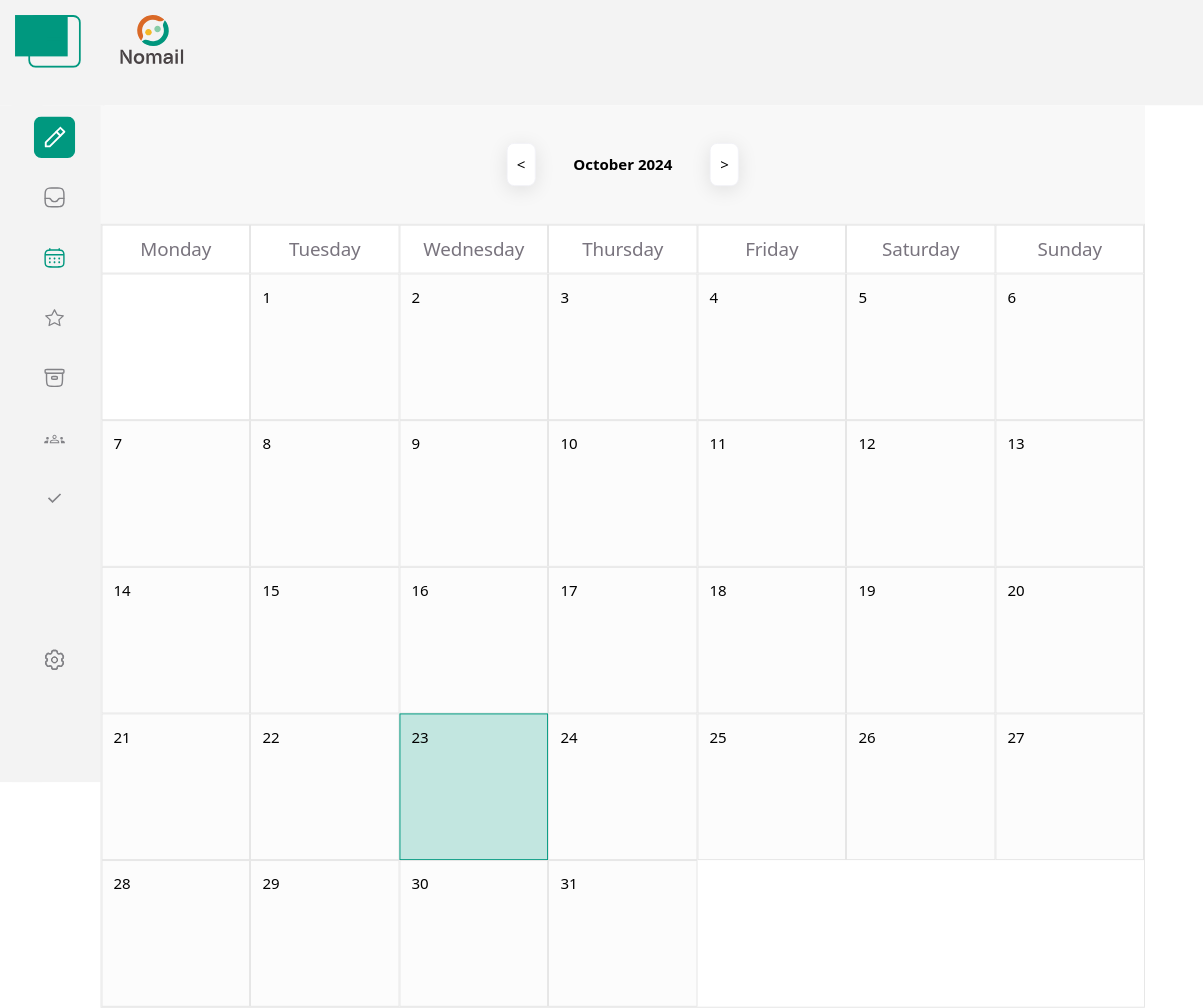
Repository: Tofigkh1/Nomail-App
Page: /calendar
An editor plug-in stored every save of this project. The page is shown before and after a run of saves, followed by the edit.
The browser window is 1280 px wide. The pictures show the whole page, at 94% of full size.
The project was rebuilt for these pictures with package versions that can differ from the ones it lists, and the page was loaded fresh each time. The framework's server and built-in components were replaced by stand-ins that run in the browser. Also part of the build but not shown: next.config.mjs, components/shared/svg/calendarSvg.jsx.

Above is the page before, as saved 2024-10-23 03:20:10.

### app/layout.tsx
import type { Metadata } from "next";
import localFont from "next/font/local";
import "./Styles/globals.css";
import Header from "@/components/shared/client/Header/header";

const geistSans = localFont({
  src: "./fonts/GeistVF.woff",
  variable: "--font-geist-sans",
  weight: "100 900",
});
const geistMono = localFont({
  src: "./fonts/GeistMonoVF.woff",
  variable: "--font-geist-mono",
  weight: "100 900",
});

export const metadata: Metadata = {
  title: "Create Next App",
  description: "Generated by create next app",
};

export default function RootLayout({
  children,
}: Readonly<{
  children: React.ReactNode;
}>) {
  return (
    <html lang="en">
      <body
        className={`${geistSans.variable} ${geistMono.variable} antialiased`}
      >
        {children}

      </body>
    </html>
  );
}

### app/calendar/page.tsx
"use client"
import Header from "@/components/shared/client/Header/header";
import Sidebar, { SidebarContext, SidebarItem } from "@/components/shared/client/SideBarMenu/sideBarMenu";
import NomailPaleSvg from '../../components/shared/svg/nomailPaleSvg';
import NewMail from '../../components/shared/svg/newMail';
import InboxSvg from '../../components/shared/svg/InboxSvg';
import CalendarSvg from '../../components/shared/svg/calendarSvg';
import FavoritesSvg from '../../components/shared/svg/FavoritesSvg';
import ArchiveSvg from '../../components/shared/svg/ArchiveSvg';
import GroupSvg from '../../components/shared/svg/groupSvg';
import TodoSvg from '../../components/shared/svg/TodoSvg';
import { useState } from "react";
import MainFrameMessage from "@/components/shared/client/MainFrameMessage";
import { Calendar } from '../../components/shared/client/Calendar/index';
import { usePathname } from "next/navigation";
import Link from "next/link"; // Link ile yönlendirme yapacağız
import CalendarActiveSvg from "../../components/shared/svg/calendarActiveSvg";
import SettingSvg from "../../components/shared/svg/settingSvg";

export default function CalendarPage() {
    const [expanded, setExpanded] = useState(false); // Sidebar state
    const pathname = usePathname(); // Pathname'i almak için usePathname kullanıldı

    // Sidebar genişliği: genişletildiğinde 250px, daraltıldığında 95px olacak
    const sidebarWidth = expanded ? '200px' : '45px';

    return (
        <div>
            <SidebarContext.Provider value={{ expanded, setExpanded }}>
                <div>
                    <Header />

                    <div className="flex">
                        {/* Sidebar Section */}
                        <div style={{ width: sidebarWidth }}>
                            <Sidebar>
                                <SidebarItem
                                    icon={<NewMail />}
                                    text="New Mail"
                                    active={false}
                                    onClick={() => {}} // Handle clicks if needed
                                />
                                <SidebarItem
                                    icon={<InboxSvg />}
                                    text="Inbox"
                                    active={false}
                                    onClick={() => {}}
                                />
                                  <SidebarItem
                                icon={pathname === '/calendar' ? <CalendarActiveSvg /> : <CalendarSvg />}
                                active={pathname === '/calendar'}
                                text="Calendar"
                                onClick={() => push('/calendar')}
                            />
                                <SidebarItem
                                    icon={<FavoritesSvg />}
                                    text="Favorites"
                                    active={false}
                                    onClick={() => {}}
                                />
                                <SidebarItem
                                    icon={<ArchiveSvg />}
                                    text="Archive"
                                    active={false}
                                    onClick={() => {}}
                                />
                                <SidebarItem
                                    icon={<GroupSvg />}
                                    text="Groups"
                                    active={false}
                                    onClick={() => {}}
                                />
                                <SidebarItem
                                    icon={<TodoSvg />}
                                    text="To do"
                                    active={false}
                                    onClick={() => {}}
                                />
                                   {/* Settings item moved to the bottom */}
                            <div className=" mt-28">
                                <SidebarItem
                                    icon={<SettingSvg />}
                                    text="Settings"
                                    active={false}
                                    onClick={() => {}}
                                />
                            </div>
                            </Sidebar>
                        </div>
                        <div className="flex flex-grow  ">
                   <Calendar/>
                        </div>


                    </div>
                </div>
            </SidebarContext.Provider>
        </div>
    );
}

### app/Styles/globals.css
@tailwind base;
@tailwind components;
@tailwind utilities;


.App {
  font-family: sans-serif;
  text-align: center;
}


:root {
  --background: #ffffff;
  --foreground: #171717;
}

@media (prefers-color-scheme: dark) {
  :root {
    --background: #0a0a0a;
    --foreground: #ededed;
  }
}


@layer utilities {
  .text-balance {
    text-wrap: balance;
  }
}

### components/shared/client/Header/header.tsx
import { useContext } from "react";
import { SidebarContext } from '../SideBarMenu/sideBarMenu'; // Import context
import NomailLogo from "@/components/shared/svg/headerlLogoSvg";
import HamburgerBtnSvg from "../../svg/hamburgerBtnSvg"



export default function Header() {

    const { expanded, setExpanded } = useContext(SidebarContext); // Access context

    return (
        <div className="flex items-center justify-between p-4 bg-headerColor text-white">
            <div className='w-auto h-20 flex gap-14'>

                <div>
                    <button onClick={() => setExpanded(!expanded)}
                            className="pl-3.5 bg-textColorGreen hover:bg-clientButtonGreen w-14 h-11">
                        <HamburgerBtnSvg/>
                    </button>
                </div>

                <div>
                    <NomailLogo/>
                </div>


            </div>
        </div>
    );
}

### components/shared/client/SideBarMenu/sideBarMenu.tsx
import React, { useState, useContext, ReactNode } from "react";
import { ChevronFirst, ChevronLast } from "lucide-react";

export const SidebarContext = React.createContext<{ expanded: boolean; setExpanded: (expanded: boolean) => void; }>({
    expanded: false,
    setExpanded: () => {},
});

// Sidebar component now depends on context for state
export default function Sidebar({ children }: { children: ReactNode }) {
    const { expanded, setExpanded } = useContext(SidebarContext);

    return (
        <aside className="h-screen bg-headerColor">
            <nav
                className={`h-full flex flex-col bg-headerColor border-r border-whiteLight3 transition-all duration-200 ease-in-out ml-3 ${expanded ? "w-[127%] h-[130%] " : "w-[99px]"}`}>

                <ul className=" flex-1 px-3">{children}</ul>
            </nav>
        </aside>
    );
}

// SidebarItem component for individual items inside the sidebar
type SidebarItemProps = {
    icon: ReactNode;   // Icon to display in the sidebar item
    text: string;      // Text to display in the sidebar item
    active: boolean;   // Boolean to determine if the item is active (highlighted)
    onClick: () => void; // Add onClick function to handle clicks
    style?: React.CSSProperties;
};

export function SidebarItem({icon, text, active, onClick,style}: SidebarItemProps) {
    const context = useContext(SidebarContext); // Sidebar context to manage expanded/collapsed state
    const {expanded} = context!;

    return (
        <li
            onClick={onClick} // Attach the click handler here
            style={style}
            className={`group relative flex items-center py-2 px-3 my-1 font-medium rounded-md cursor-pointer duration-300 ease-in-out transition-colors
          ${
                active
                    ? " text-mainRedLight " // Active item style
                    : " text-gray-600 " // Hover style for non-active items
            }`}
        >

            <span className="text-xl transition-all duration-300 ease-in-out">
        {icon}
      </span>

            {/* Text büyütüldü ve boşluk artırıldı */}
            {expanded && (
                <span className="ml-4 text-xl text-black transition-all duration-300 ease-in-out ">
          {text}
        </span>
            )}

            {/* Navbar kapalıyken hover ile çıkan isimler için arka plan yeşil yapıldı */}
            {!expanded && (
                <span
                    className={` absolute left-full whitespace-nowrap bg-textColorGreen text-white rounded-md py-1 px-2 transition-all duration-300 ease-in-out ml-2 opacity-0 group-hover:opacity-100`}
                >
          {text}
        </span>
            )}
        </li>
    );
}

### components/shared/svg/newMail.jsx
'use client'
export default function  newMail(){
    return(
        <>
            <svg width="44" height="44" viewBox="0 0 44 44" fill="none" xmlns="http://www.w3.org/2000/svg">
                <rect width="44" height="44" rx="8" fill="#00987F"/>
                <path fill-rule="evenodd" clip-rule="evenodd"
                      d="M27.5115 11.2439C27.902 10.8534 28.5351 10.8534 28.9257 11.2438L33.1687 15.4863C33.3562 15.6739 33.4616 15.9282 33.4616 16.1935C33.4616 16.4587 33.3562 16.7131 33.1687 16.9006L17.6122 32.4571C17.4247 32.6446 17.1703 32.75 16.9051 32.75H12.6626C12.1103 32.75 11.6626 32.3023 11.6626 31.75V27.5075C11.6626 27.2423 11.768 26.9879 11.9555 26.8004L27.5115 11.2439ZM28.2187 13.3652L13.6626 27.9217V30.75H16.4909L31.0473 16.1935L28.2187 13.3652Z"
                      fill="white"/>
                <path fill-rule="evenodd" clip-rule="evenodd"
                      d="M23.269 15.4864C23.6595 15.0959 24.2927 15.0959 24.6832 15.4864L28.9257 19.7289C29.3162 20.1194 29.3162 20.7526 28.9257 21.1431C28.5352 21.5336 27.902 21.5336 27.5115 21.1431L23.269 16.9006C22.8784 16.5101 22.8784 15.8769 23.269 15.4864Z"
                      fill="white"/>
            </svg>


        </>
    )
}

### components/shared/svg/FavoritesSvg.jsx
'use client'
export default function  favoritesSvg(){
    return(
        <>
            <svg width="44" height="44" viewBox="0 0 44 44" fill="none" xmlns="http://www.w3.org/2000/svg">
                <path
                    d="M15.5808 30.2201C15.4833 30.7528 16.0307 31.1692 16.5132 30.9316L22.0006 28.2246L27.4868 30.9316C27.9693 31.1692 28.5168 30.7528 28.4193 30.2213L27.3818 24.5457L31.7842 20.5188C32.1967 20.142 31.9842 19.4533 31.4317 19.3789L25.3093 18.5438L22.5794 13.3517C22.5274 13.2465 22.4453 13.1576 22.3428 13.0953C22.2402 13.0331 22.1214 13 22 13C21.8787 13 21.7598 13.0331 21.6573 13.0953C21.5547 13.1576 21.4727 13.2465 21.4206 13.3517L18.6907 18.545L12.5683 19.3801C12.0171 19.4545 11.8033 20.1432 12.2146 20.52L16.6182 24.5469L15.5808 30.2225V30.2201ZM21.7119 26.8999L17.1045 29.1725L17.972 24.4245C17.9928 24.3152 17.9852 24.2026 17.9496 24.0969C17.914 23.9911 17.8517 23.8955 17.7682 23.8185L14.1358 20.4948L19.2007 19.8037C19.3054 19.788 19.4046 19.7484 19.4901 19.6883C19.5756 19.6281 19.6448 19.5492 19.6919 19.4581L21.9981 15.0688L24.3068 19.4581C24.354 19.5492 24.4232 19.6281 24.5086 19.6883C24.5941 19.7484 24.6934 19.788 24.7981 19.8037L29.863 20.4936L26.2306 23.8173C26.1469 23.8944 26.0844 23.9903 26.0488 24.0962C26.0133 24.2022 26.0057 24.315 26.0268 24.4245L26.8943 29.1725L22.2869 26.8999C22.1979 26.8555 22.0991 26.8324 21.9988 26.8324C21.8985 26.8324 21.8009 26.8555 21.7119 26.8999Z"
                    fill="#A4A4A9"/>
                <path
                    d="M15.5808 30.2201C15.4833 30.7528 16.0307 31.1692 16.5132 30.9316L22.0006 28.2246L27.4868 30.9316C27.9693 31.1692 28.5168 30.7528 28.4193 30.2213L27.3818 24.5457L31.7842 20.5188C32.1967 20.142 31.9842 19.4533 31.4317 19.3789L25.3093 18.5438L22.5794 13.3517C22.5274 13.2465 22.4453 13.1576 22.3428 13.0953C22.2402 13.0331 22.1214 13 22 13C21.8787 13 21.7598 13.0331 21.6573 13.0953C21.5547 13.1576 21.4727 13.2465 21.4206 13.3517L18.6907 18.545L12.5683 19.3801C12.0171 19.4545 11.8033 20.1432 12.2146 20.52L16.6182 24.5469L15.5808 30.2225V30.2201ZM21.7119 26.8999L17.1045 29.1725L17.972 24.4245C17.9928 24.3152 17.9852 24.2026 17.9496 24.0969C17.914 23.9911 17.8517 23.8955 17.7682 23.8185L14.1358 20.4948L19.2007 19.8037C19.3054 19.788 19.4046 19.7484 19.4901 19.6883C19.5756 19.6281 19.6448 19.5492 19.6919 19.4581L21.9981 15.0688L24.3068 19.4581C24.354 19.5492 24.4232 19.6281 24.5086 19.6883C24.5941 19.7484 24.6934 19.788 24.7981 19.8037L29.863 20.4936L26.2306 23.8173C26.1469 23.8944 26.0844 23.9903 26.0488 24.0962C26.0133 24.2022 26.0057 24.315 26.0268 24.4245L26.8943 29.1725L22.2869 26.8999C22.1979 26.8555 22.0991 26.8324 21.9988 26.8324C21.8985 26.8324 21.8009 26.8555 21.7119 26.8999Z"
                    fill="black" fill-opacity="0.2"/>
            </svg>


        </>
    )
}

### components/shared/svg/ArchiveSvg.jsx
'use client'
export default function archiveSvg(){
    return(
        <>
            <svg width="44" height="44" viewBox="0 0 44 44" fill="none" xmlns="http://www.w3.org/2000/svg">
                <path
                    d="M19 22C19 21.534 19 21.301 19.076 21.117C19.1777 20.8725 19.3723 20.6783 19.617 20.577C19.801 20.5 20.034 20.5 20.5 20.5H23.5C23.966 20.5 24.199 20.5 24.383 20.576C24.6275 20.6777 24.8217 20.8723 24.923 21.117C25 21.301 25 21.534 25 22C25 22.466 25 22.699 24.924 22.883C24.8223 23.1275 24.6277 23.3217 24.383 23.423C24.199 23.5 23.966 23.5 23.5 23.5H20.5C20.034 23.5 19.801 23.5 19.617 23.424C19.3725 23.3223 19.1783 23.1277 19.077 22.883C19 22.699 19 22.466 19 22Z"
                    stroke="#A4A4A9" stroke-width="1.5"/>
                <path
                    d="M19 22C19 21.534 19 21.301 19.076 21.117C19.1777 20.8725 19.3723 20.6783 19.617 20.577C19.801 20.5 20.034 20.5 20.5 20.5H23.5C23.966 20.5 24.199 20.5 24.383 20.576C24.6275 20.6777 24.8217 20.8723 24.923 21.117C25 21.301 25 21.534 25 22C25 22.466 25 22.699 24.924 22.883C24.8223 23.1275 24.6277 23.3217 24.383 23.423C24.199 23.5 23.966 23.5 23.5 23.5H20.5C20.034 23.5 19.801 23.5 19.617 23.424C19.3725 23.3223 19.1783 23.1277 19.077 22.883C19 22.699 19 22.466 19 22Z"
                    stroke="black" stroke-opacity="0.2" stroke-width="1.5"/>
                <path
                    d="M30.5 17V23C30.5 26.771 30.5 28.657 29.328 29.828C28.157 31 26.271 31 22.5 31H21.5C17.729 31 15.843 31 14.672 29.828C13.5 28.657 13.5 26.771 13.5 23V17"
                    stroke="#A4A4A9" stroke-width="1.5" stroke-linecap="round"/>
                <path
                    d="M30.5 17V23C30.5 26.771 30.5 28.657 29.328 29.828C28.157 31 26.271 31 22.5 31H21.5C17.729 31 15.843 31 14.672 29.828C13.5 28.657 13.5 26.771 13.5 23V17"
                    stroke="black" stroke-opacity="0.2" stroke-width="1.5" stroke-linecap="round"/>
                <path
                    d="M12 15C12 14.057 12 13.586 12.293 13.293C12.586 13 13.057 13 14 13H30C30.943 13 31.414 13 31.707 13.293C32 13.586 32 14.057 32 15C32 15.943 32 16.414 31.707 16.707C31.414 17 30.943 17 30 17H14C13.057 17 12.586 17 12.293 16.707C12 16.414 12 15.943 12 15Z"
                    stroke="#A4A4A9" stroke-width="1.5"/>
                <path
                    d="M12 15C12 14.057 12 13.586 12.293 13.293C12.586 13 13.057 13 14 13H30C30.943 13 31.414 13 31.707 13.293C32 13.586 32 14.057 32 15C32 15.943 32 16.414 31.707 16.707C31.414 17 30.943 17 30 17H14C13.057 17 12.586 17 12.293 16.707C12 16.414 12 15.943 12 15Z"
                    stroke="black" stroke-opacity="0.2" stroke-width="1.5"/>
            </svg>

        </>
    )
}

### components/shared/svg/TodoSvg.jsx
'use client'
export default function  todoSvg(){
    return(
        <>
            <svg width="44" height="44" viewBox="0 0 44 44" fill="none" xmlns="http://www.w3.org/2000/svg">
                <path d="M19.8957 27L15 22.2599L16.2239 21.0748L19.8957 24.6299L27.7761 17L29 18.185L19.8957 27Z"
                      fill="#A4A4A9"/>
                <path d="M19.8957 27L15 22.2599L16.2239 21.0748L19.8957 24.6299L27.7761 17L29 18.185L19.8957 27Z"
                      fill="black" fill-opacity="0.2"/>
            </svg>

        </>
    )
}

### components/shared/svg/calendarActiveSvg.jsx
'use client'
export default function  calendarActiveSvg(){
    return(
        <>



     <svg width="44" height="44" viewBox="0 0 44 44" fill="none" xmlns="http://www.w3.org/2000/svg">
<path fill-rule="evenodd" clip-rule="evenodd" d="M15.711 14.8898C14.7049 15.0251 14.1254 15.2789 13.7026 15.7021C13.2793 16.125 13.0251 16.7049 12.8898 17.711C12.7516 18.7386 12.75 20.0933 12.75 22V24C12.75 25.9067 12.7516 27.2614 12.8898 28.289C13.0251 29.2951 13.2789 29.8746 13.7021 30.2974C14.125 30.7207 14.7049 30.9749 15.711 31.1102C16.7386 31.2484 18.0933 31.25 20 31.25H24C25.9067 31.25 27.2614 31.2484 28.289 31.1102C29.2951 30.9749 29.8746 30.7211 30.2974 30.2979C30.7207 29.875 30.9749 29.2951 31.1102 28.289C31.2484 27.2614 31.25 25.9067 31.25 24V22C31.25 20.0933 31.2484 18.7386 31.1102 17.711C30.9749 16.7049 30.7211 16.1254 30.2979 15.7026C29.875 15.2793 29.2951 15.0251 28.289 14.8898C27.2614 14.7516 25.9067 14.75 24 14.75H20C18.0933 14.75 16.7386 14.7516 15.711 14.8898ZM19.9436 13.25H24.0564C25.8941 13.25 27.3497 13.25 28.489 13.4032C29.6612 13.5608 30.6101 13.893 31.3581 14.6414C32.1069 15.3896 32.4391 16.3386 32.5968 17.511C32.75 18.6503 32.75 20.1059 32.75 21.9436V24.0565C32.75 25.8941 32.75 27.3498 32.5968 28.489C32.4391 29.6613 32.1069 30.6102 31.3583 31.3583C30.6102 32.1069 29.6613 32.4391 28.489 32.5968C27.3498 32.75 25.8941 32.75 24.0565 32.75H19.9436C18.1059 32.75 16.6503 32.75 15.511 32.5968C14.3386 32.4391 13.3896 32.1069 12.6414 31.3581C11.893 30.6101 11.5608 29.6612 11.4032 28.489C11.25 27.3497 11.25 25.8941 11.25 24.0564V21.9436C11.25 20.1059 11.25 18.6503 11.4032 17.511C11.5609 16.3387 11.8931 15.3898 12.6417 14.6417C13.3898 13.8931 14.3387 13.5609 15.511 13.4032C16.6503 13.25 18.1059 13.25 19.9436 13.25Z" fill="#00987F"/>
<path fill-rule="evenodd" clip-rule="evenodd" d="M17 11.75C17.4142 11.75 17.75 12.0858 17.75 12.5V14C17.75 14.4142 17.4142 14.75 17 14.75C16.5858 14.75 16.25 14.4142 16.25 14V12.5C16.25 12.0858 16.5858 11.75 17 11.75ZM27 11.75C27.4142 11.75 27.75 12.0858 27.75 12.5V14C27.75 14.4142 27.4142 14.75 27 14.75C26.5858 14.75 26.25 14.4142 26.25 14V12.5C26.25 12.0858 26.5858 11.75 27 11.75ZM11.75 19C11.75 18.5858 12.0858 18.25 12.5 18.25H31.5C31.9142 18.25 32.25 18.5858 32.25 19C32.25 19.4142 31.9142 19.75 31.5 19.75H12.5C12.0858 19.75 11.75 19.4142 11.75 19Z" fill="#00987F"/>
<path d="M28 27C28 27.2652 27.8946 27.5196 27.7071 27.7071C27.5196 27.8946 27.2652 28 27 28C26.7348 28 26.4804 27.8946 26.2929 27.7071C26.1054 27.5196 26 27.2652 26 27C26 26.7348 26.1054 26.4804 26.2929 26.2929C26.4804 26.1054 26.7348 26 27 26C27.2652 26 27.5196 26.1054 27.7071 26.2929C27.8946 26.4804 28 26.7348 28 27ZM28 23C28 23.2652 27.8946 23.5196 27.7071 23.7071C27.5196 23.8946 27.2652 24 27 24C26.7348 24 26.4804 23.8946 26.2929 23.7071C26.1054 23.5196 26 23.2652 26 23C26 22.7348 26.1054 22.4804 26.2929 22.2929C26.4804 22.1054 26.7348 22 27 22C27.2652 22 27.5196 22.1054 27.7071 22.2929C27.8946 22.4804 28 22.7348 28 23ZM23 27C23 27.2652 22.8946 27.5196 22.7071 27.7071C22.5196 27.8946 22.2652 28 22 28C21.7348 28 21.4804 27.8946 21.2929 27.7071C21.1054 27.5196 21 27.2652 21 27C21 26.7348 21.1054 26.4804 21.2929 26.2929C21.4804 26.1054 21.7348 26 22 26C22.2652 26 22.5196 26.1054 22.7071 26.2929C22.8946 26.4804 23 26.7348 23 27ZM23 23C23 23.2652 22.8946 23.5196 22.7071 23.7071C22.5196 23.8946 22.2652 24 22 24C21.7348 24 21.4804 23.8946 21.2929 23.7071C21.1054 23.5196 21 23.2652 21 23C21 22.7348 21.1054 22.4804 21.2929 22.2929C21.4804 22.1054 21.7348 22 22 22C22.2652 22 22.5196 22.1054 22.7071 22.2929C22.8946 22.4804 23 22.7348 23 23ZM18 27C18 27.2652 17.8946 27.5196 17.7071 27.7071C17.5196 27.8946 17.2652 28 17 28C16.7348 28 16.4804 27.8946 16.2929 27.7071C16.1054 27.5196 16 27.2652 16 27C16 26.7348 16.1054 26.4804 16.2929 26.2929C16.4804 26.1054 16.7348 26 17 26C17.2652 26 17.5196 26.1054 17.7071 26.2929C17.8946 26.4804 18 26.7348 18 27ZM18 23C18 23.2652 17.8946 23.5196 17.7071 23.7071C17.5196 23.8946 17.2652 24 17 24C16.7348 24 16.4804 23.8946 16.2929 23.7071C16.1054 23.5196 16 23.2652 16 23C16 22.7348 16.1054 22.4804 16.2929 22.2929C16.4804 22.1054 16.7348 22 17 22C17.2652 22 17.5196 22.1054 17.7071 22.2929C17.8946 22.4804 18 22.7348 18 23Z" fill="#00987F"/>
</svg>



        </>
    )
}

### components/shared/svg/hamburgerBtnSvg.jsx
'use client'
export default function  HamburgerBtnSvg(){
    return(
        <>
            <svg width="56" height="56" viewBox="0 0 56 56" fill="none" xmlns="http://www.w3.org/2000/svg">
                <rect x="1" y="1" width="54" height="54" rx="7" stroke="#00987F" stroke-width="2"/>
                <path d="M19 22H37V24H19V22ZM19 27H37V29H19V27ZM19 32H37V34H19V32Z" fill="#00987F"/>
            </svg>


        </>
    )
}

### tailwind.config.ts
import type { Config } from "tailwindcss";

const config: Config = {
  content: [
    "./pages/**/*.{js,ts,jsx,tsx,mdx}",
    "./components/**/*.{js,ts,jsx,tsx,mdx}",
    "./app/**/*.{js,ts,jsx,tsx,mdx}",
  ],
  theme: {
    extend: {
      colors: {
        background: "var(--background)",
        foreground: "var(--foreground)",
        headerColor: "#F3F3F3",
        textColorGreen: "#00987F",
        textGray: "#A4A4A9",
        sideBarColor: "#E5E5E5",
        textColGreen: "#00987F",
        bordersColor: "#D1D1D6"
      },
    },
  },
  plugins: [],
};
export default config;

Loaded but not shown: components/shared/svg/settingSvg.jsx (25 lines, source omitted); components/shared/client/Calendar/index.jsx (361 lines, source omitted); components/shared/svg/InboxSvg.jsx (17 lines, source omitted); components/shared/svg/groupSvg.jsx (17 lines, source omitted); components/shared/svg/headerlLogoSvg.jsx (38 lines, source omitted); components/shared/client/Calendar/Calendar.css (259 lines, source omitted)

After the next 2 saves:
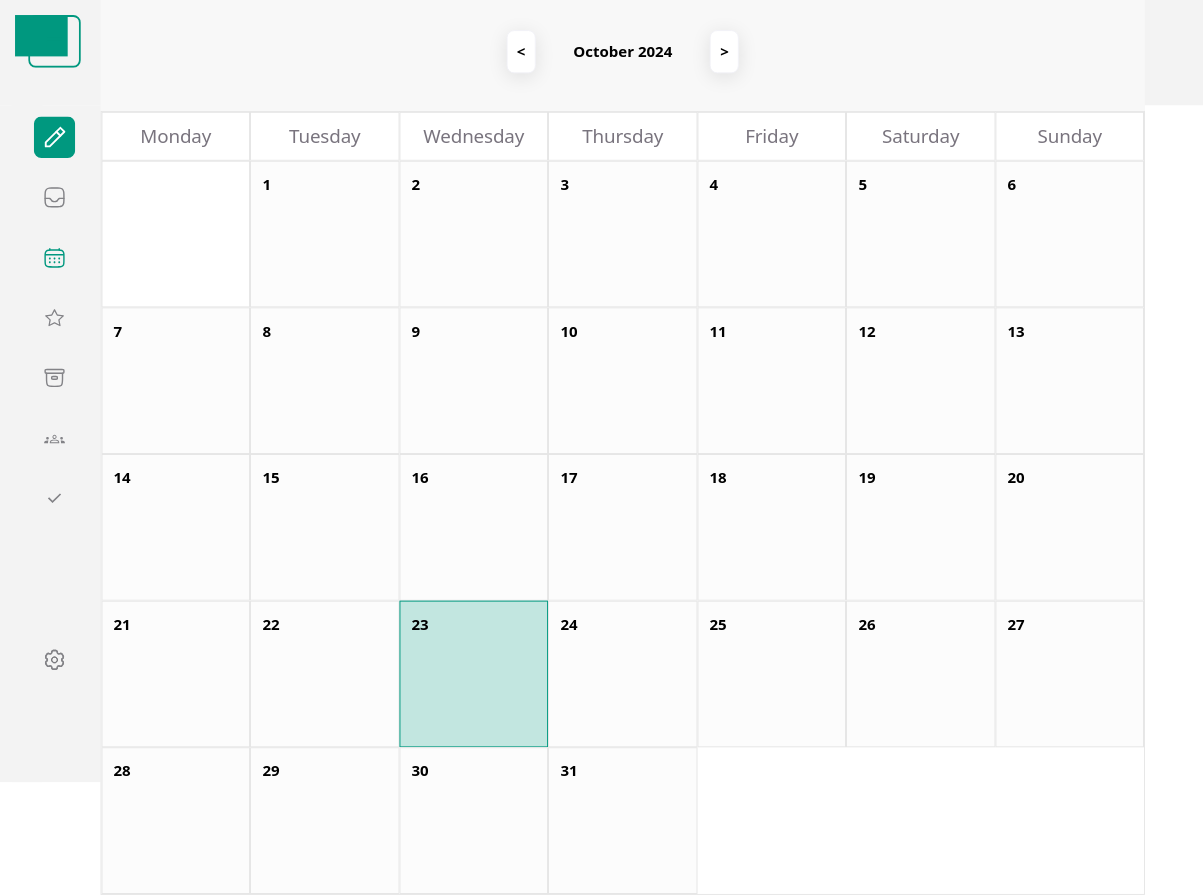
The 2 saves are shown as one change because they came seconds apart.
The last was saved 12 s later.
--- a/app/calendar/page.tsx
+++ b/app/calendar/page.tsx
@@ -87,7 +87,7 @@ export default function CalendarPage() {
                             </div>
                             </Sidebar>
                         </div>
-                        <div className="flex flex-grow  ">
+                        <div className="flex flex-grow justify-center items-center h-screen flex-col font-semibold ">
                    <Calendar/>
                         </div>
 
